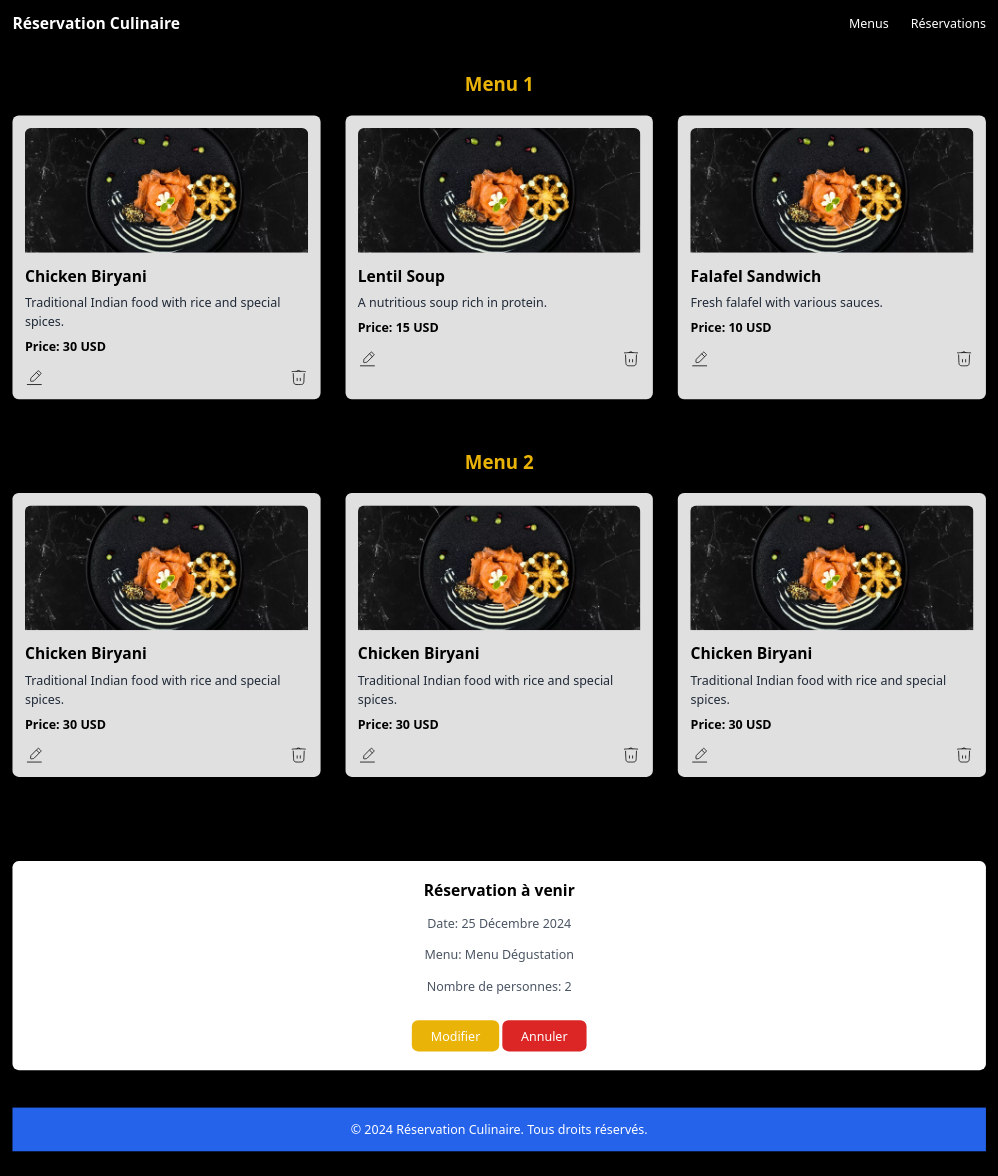
Repository: HamzaChehlaoui/Site-Web-pour-un-Chef-Cuisinier
Page: http://localhost/menuutil.php
An editor plug-in stored every save of this project. The page is shown before and after the next save, followed by the edit.
The browser window is 1280 px wide. The pictures show the whole page, at 78% of full size.
Some web libraries are served in a nearby version. The page is run by PHP 8.4 with error messages shown; the project is at /var/www/html/.

Above is the page before, as saved 2024-12-18 16:56:54.

After the next save:
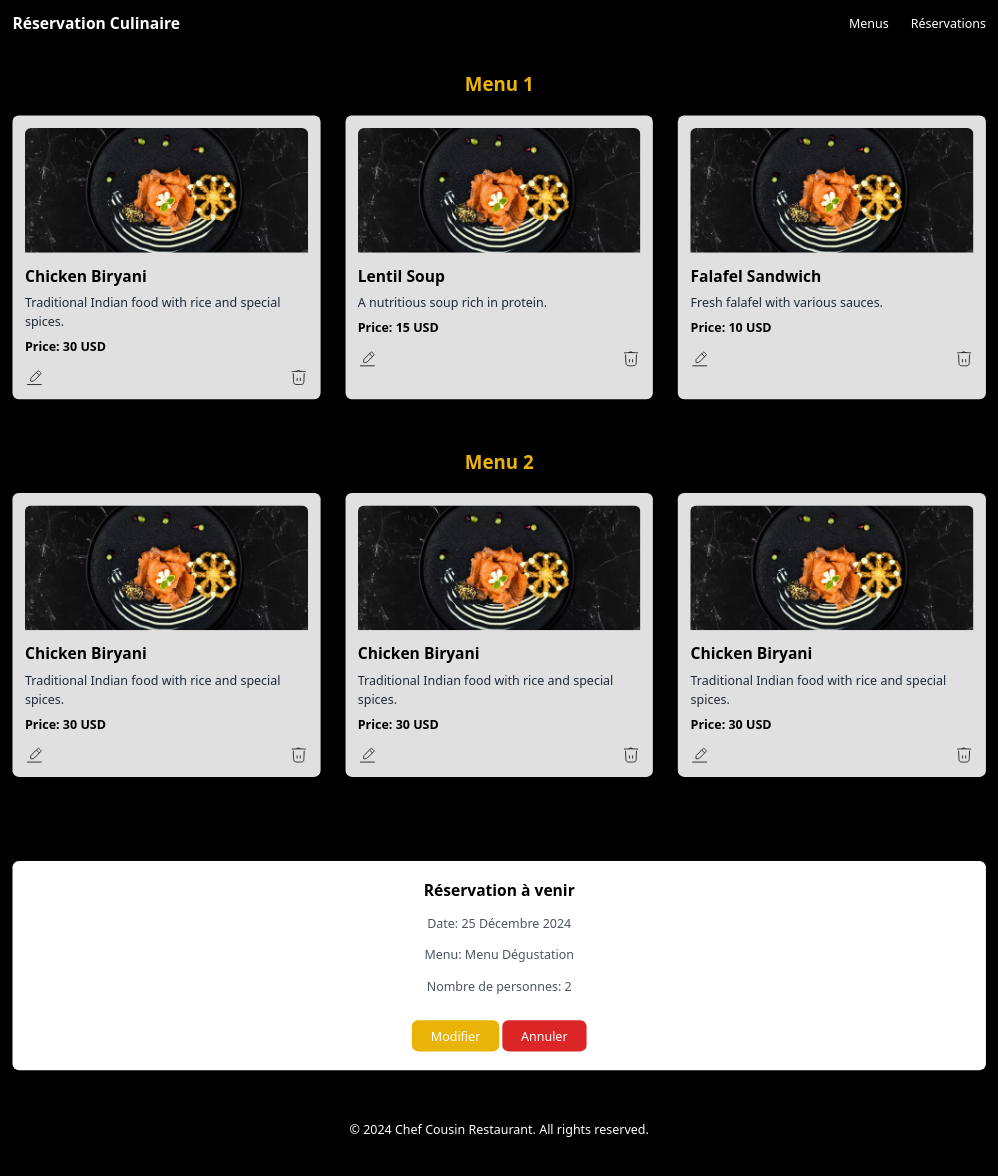
Saved 18 s later.
--- a/menuutil.php
+++ b/menuutil.php
@@ -189,8 +189,10 @@
     </section>
 
     <!-- Footer -->
-    <footer class="bg-blue-600 text-white text-center py-4">
-        <p>&copy; 2024 Réservation Culinaire. Tous droits réservés.</p>
+    <footer class="bg-black text-white py-4">
+        <div class="container mx-auto text-center">
+            <p>&copy; 2024 Chef Cousin Restaurant. All rights reserved.</p>
+        </div>
     </footer>
 
 </body>
